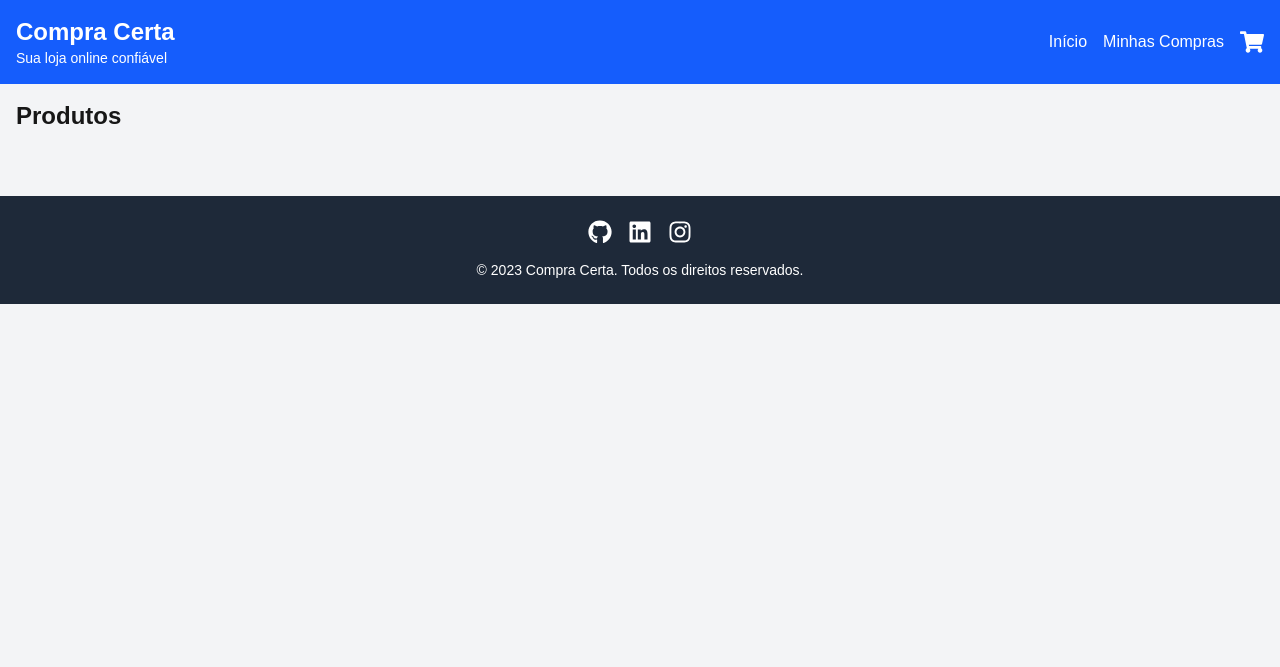
Repository: kcsdesenvolvedor/compra-certa
Page: / (app in front-end/)
The author's editor kept a copy of each file at every save. The page is drawn from the files as they stood at one save, then again after the next save.
The browser window is 1280 px wide. The pictures show the whole page.
The project was rebuilt for these pictures with package versions that can differ from the ones it lists, and the page was loaded fresh each time. The framework's server and built-in components were replaced by stand-ins that run in the browser. Requests to the local data server were answered from the project's data file. Also part of the build but not shown: front-end/next.config.ts.

Above is the page before, as saved 2025-03-10 17:16:35.

### front-end/src/app/page.tsx
"use client";
import Footer from "./components/Footer";
import Header from "./components/Header";
import ProductCard from "./components/ProductCard";
import { getProducts } from "./utils/api";

export default async function Home() {
  const products = await getProducts();
  console.log(products);
  return (
    <div className="min-h-screen bg-gray-100">
      <Header />
      <main className="container mx-auto p-4">
        <h1 className="text-2xl font-bold mb-4">Produtos</h1>
        <div className="grid grid-cols-1 sm:grid-cols-2 md:grid-cols-3 gap-6">
          {/* {products.map((product) => (
            <ProductCard key={product.id} product={product} />
          ))} */}
        </div>
      </main>
      <Footer />
    </div>
  );
}

### front-end/src/app/components/Footer.tsx
import { FaGithub, FaLinkedin, FaInstagram } from "react-icons/fa";

export default function Footer() {
  return (
    <footer className="bg-gray-800 text-white p-6 mt-8">
      <div className="container mx-auto text-center">
        <div className="flex justify-center space-x-4">
          <a href="https://github.com/seu-usuario" target="_blank" rel="noopener noreferrer">
            <FaGithub className="text-2xl hover:text-blue-400" />
          </a>
          <a href="https://linkedin.com/in/seu-usuario" target="_blank" rel="noopener noreferrer">
            <FaLinkedin className="text-2xl hover:text-blue-400" />
          </a>
          <a href="https://instagram.com/seu-usuario" target="_blank" rel="noopener noreferrer">
            <FaInstagram className="text-2xl hover:text-blue-400" />
          </a>
        </div>
        <p className="mt-4 text-sm">© 2023 Compra Certa. Todos os direitos reservados.</p>
      </div>
    </footer>
  );
}

### front-end/src/app/components/Header.tsx
import Link from "next/link";
import { FaShoppingCart } from "react-icons/fa";

export default function Header() {
  return (
    <header className="bg-blue-600 text-white p-4">
      <div className="container mx-auto flex justify-between items-center">
        <div>
          <h1 className="text-2xl font-bold">Compra Certa</h1>
          <p className="text-sm">Sua loja online confiável</p>
        </div>
        <nav>
          <ul className="flex space-x-4">
            <li>
              <Link href="/" className="hover:text-blue-200">
                Início
              </Link>
            </li>
            <li>
              <Link href="/my-purchases" className="hover:text-blue-200">
                Minhas Compras
              </Link>
            </li>
            <li>
              <Link href="/cart" className="hover:text-blue-200">
                <FaShoppingCart className="text-2xl" />
              </Link>
            </li>
          </ul>
        </nav>
      </div>
    </header>
  );
}

### front-end/src/app/utils/api.ts
import Product from "@/Models/Product";
import Purchase from "@/Models/Purchase";
import axios, { AxiosResponse } from "axios";

const api = axios.create({
  baseURL: "http://localhost:5000", // URL da API .NET
});

export const getProducts = (): Promise<Product[]> => axios.get("http://localhost:3333/products").then((response: AxiosResponse<Product[]>) => response.data);

export const addPurchase = (purchase: Purchase) => api.post("/purchases", purchase);

export const getPurchaseStatus = (id: Number) => api.get(`/purchases/${id}`);

### front-end/src/backend/db.json
{
    "products": [
        {
            "id": 1,
            "name": "Mouse sem fio Recaregável",
            "image": "https://via.placeholder.com/150",
            "description": "O novo mouse sem fio, recarregável, com design luminoso e sofisticado, conta com clique silencioso, design anatômico, confortável e bateria interna recarregável via cabo USB.",
            "price": 29.90
        },
        {
            "id": 2,
            "name": "Samsung Smart Tv 50 Polegada",
            "image": "https://via.placeholder.com/150",
            "description": "Processador exclusivo da Samsung, que proporciona a melhor experiência de visualização ao realizar o upscaling de qualquer conteúdo para resolução próxima a 4K conforme a cena.",
            "price": 2999.90
        },
        {
            "id": 3,
            "name": "Fone de ouvido sem fio JBL",
            "image": "https://via.placeholder.com/150",
            "description": "Sensibilidade do driver em 1kHz 1mW (dB): 102 dB SPL @ 1kHz 1mW, 20Hz – 20kHz, 32 Ohm, 5.8mm driver, 3.7V/85mAh, 1-2h de tempo de carregamento, 16h de reprodução (4h no fone + 12h no estojo).",
            "price": 219
        }
    ]

}

### front-end/src/app/components/ProductCard.tsx
"use client";
import { useState } from "react";
import ProductDetailsModal from "./ProductDetailsModal";
import Product from "@/Models/Product";

interface ProductCardProps {
  product: Product;
}

export default function ProductCard({ product }: ProductCardProps) {
  const [isModalOpen, setIsModalOpen] = useState(false);

  return (
    <>
      <div
        className="bg-white rounded-lg shadow-md overflow-hidden cursor-pointer"
        onClick={() => setIsModalOpen(true)}
      >
        <img
          src={product.image}
          alt={product.name}
          className="w-full h-48 object-cover"
        />
        <div className="p-4">
          <h2 className="text-xl font-bold">{product.name}</h2>
          <p className="text-gray-600">R$ {product.price.toFixed(2)}</p>
          <button
            className="mt-2 bg-blue-600 text-white px-4 py-2 rounded-lg hover:bg-blue-700"
            onClick={(e) => {
              e.stopPropagation(); // Evita abrir o modal ao clicar no botão
              // Lógica para adicionar ao carrinho
            }}
          >
            Adicionar ao Carrinho
          </button>
        </div>
      </div>
      <ProductDetailsModal
        isOpen={isModalOpen}
        onClose={() => setIsModalOpen(false)}
        product={product}
      />
    </>
  );
}

### front-end/src/app/components/ProductDetailsModal.tsx
import Product from "@/Models/Product";
import ReactModal from "react-modal";

interface ProductDetailsModalProps {
    isOpen: boolean;
    onClose: () => void;
    product: Product;
}

export default function ProductDetailsModal({ isOpen, onClose, product }: ProductDetailsModalProps) {
  return (
    <ReactModal
      isOpen={isOpen}
      onRequestClose={onClose}
      contentLabel="Detalhes do Produto"
      className="modal"
      overlayClassName="overlay"
    >
      <div className="bg-white p-6 rounded-lg">
        <h2 className="text-2xl font-bold">{product.name}</h2>
        <img
          src={product.image}
          alt={product.name}
          className="w-full h-64 object-cover mt-4"
        />
        <p className="mt-4 text-gray-600">{product.description}</p>
        <p className="mt-2 text-xl font-bold">R$ {product.price.toFixed(2)}</p>
        <button
          className="mt-4 bg-blue-600 text-white px-4 py-2 rounded-lg hover:bg-blue-700"
          onClick={() => {
            // Lógica para adicionar ao carrinho
            onClose();
          }}
        >
          Adicionar ao Carrinho
        </button>
        <button
          className="mt-2 bg-gray-600 text-white px-4 py-2 rounded-lg hover:bg-gray-700"
          onClick={onClose}
        >
          Fechar
        </button>
      </div>
    </ReactModal>
  );
}

Loaded but not shown: front-end/src/app/layout.tsx (common file); front-end/src/app/globals.css (common file)

After the next save:
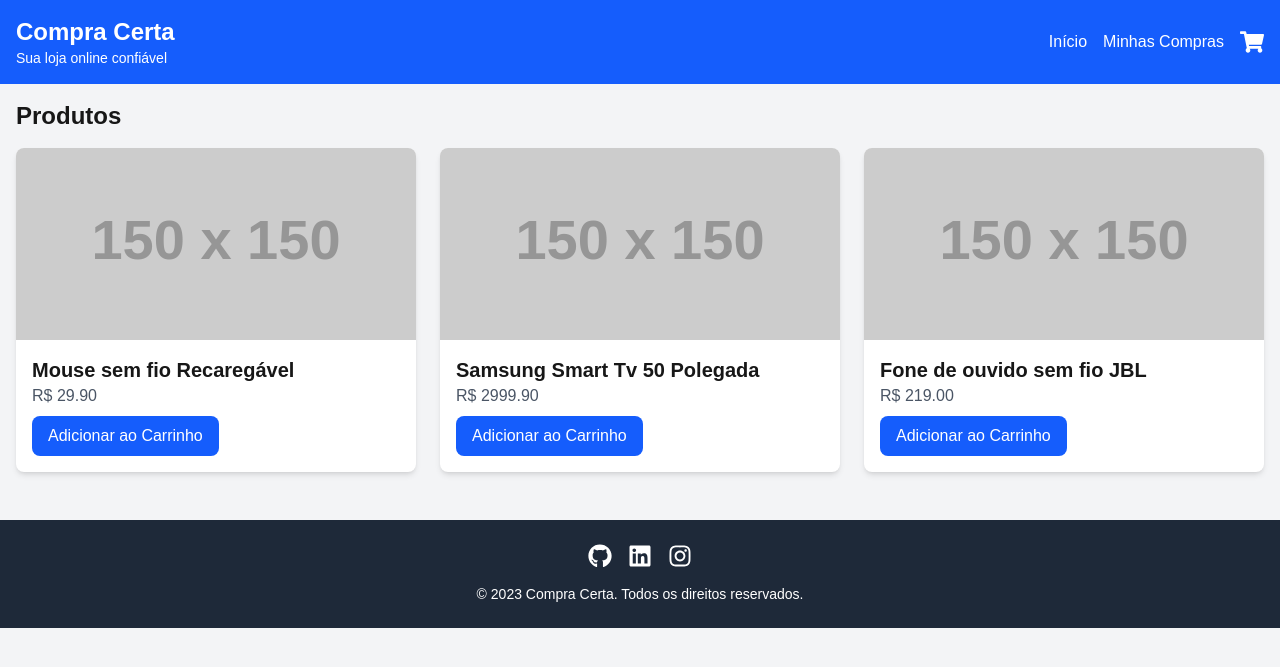
Saved 44 s later.
--- a/front-end/src/app/page.tsx
+++ b/front-end/src/app/page.tsx
@@ -13,9 +13,9 @@
       <main className="container mx-auto p-4">
         <h1 className="text-2xl font-bold mb-4">Produtos</h1>
         <div className="grid grid-cols-1 sm:grid-cols-2 md:grid-cols-3 gap-6">
-          {/* {products.map((product) => (
+          {products.map((product) => (
             <ProductCard key={product.id} product={product} />
-          ))} */}
+          ))}
         </div>
       </main>
       <Footer />
